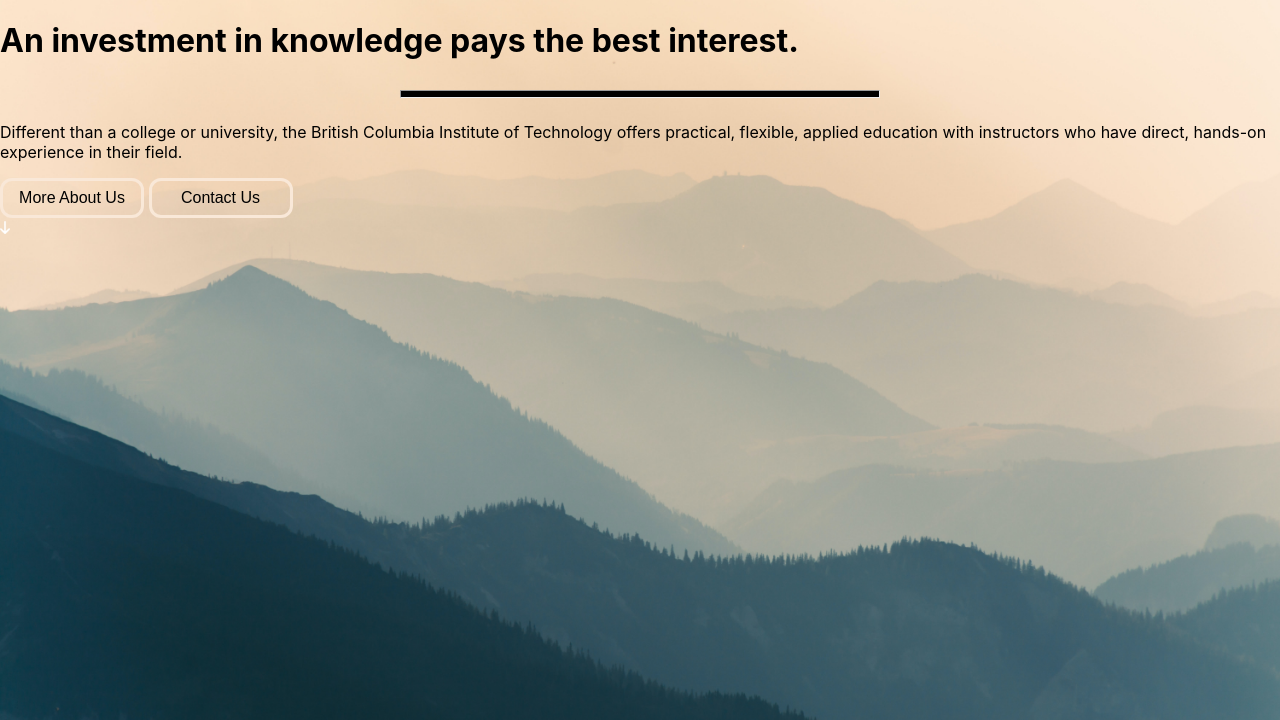
Repository: SaraShio/A01314209_Sara_Shiojima
Page: /
An editor plug-in stored every save of this project. The page is shown before and after the next save, followed by the edit.
The browser window is 1280 px wide. The pictures show the whole page.
The project was rebuilt for these pictures with package versions that can differ from the ones it lists, and the page was loaded fresh each time. The framework's server and built-in components were replaced by stand-ins that run in the browser. Also part of the build but not shown: next.config.js.

Above is the page before, as saved 2023-02-07 22:43:29.

### pages/index.js
import Head from 'next/head'
import Image from 'next/image'
import styles from '../styles/Home.module.css'
import Link from 'next/link'
import Arrow from '../components/Arrow'

export default function Home() {
  return (
    <>
      <Head>
        <title>Home</title>
        <meta name="author" content="MDIA 2109" />
        <meta property="og:title" content="Assignment #1 - Home Page" />
        <meta property="og:description" content="BCIT Digital Design and Development Diploma" />
        <link rel="icon" href='/favicon.png' />
      </Head>

      <main className={styles.main}>
        <div className={styles.content}>
          <header>
            <h1>An investment in knowledge pays the best interest.</h1>
          </header>
          <hr className={styles.line}></hr>
          <p>Different than a college or university, the British Columbia Institute of Technology offers practical, flexible, applied education with instructors who have direct, hands-on experience in their field.</p>
          <div>
            <a href='/about'> <button className={styles.button}>More About Us</button></a>

            <a href='/contact'> <button className={styles.button}>Contact Us</button></a>
          </div>
        </div>
        <Arrow page="Home" />
      </main>
    </>
  )
}

### styles/globals.css
:root{
  --beige:#f9e8d8;
  --black: #000000;
  }


html,
body {
  padding: 0;
  margin: 0;
  font-family: -apple-system, BlinkMacSystemFont, Segoe UI, Roboto, Oxygen,
    Ubuntu, Cantarell, Fira Sans, Droid Sans, Helvetica Neue, sans-serif;
}

a {
  color: inherit;
  text-decoration: none;
}

* {
  box-sizing: border-box;
}

@media (prefers-color-scheme: dark) {
  html {
    color-scheme: dark;
  }
  body {
    color: white;
    background: black;
  }
}

### styles/Home.module.css

.main{
background-image: url(../public/background-images/backgroundMountain.jpg);
height: 100vh;
width: 100vw;
 background-size: cover;
  background-repeat:no-repeat;
  background-position:center;
}



.content{
    display: flex;
    flex-direction: column;
    justify-content: center;
    align-items: left;
}

.button{
background-color: transparent;
border: 0.2rem solid var(--beige);
height: 2.5rem;
width: 9rem;
font-size: 1rem;
border-radius: 0.75rem;
}

.line{
    width: 30rem;
    height: 0.5rem;
    background-color: black;
}

### components/Arrow/index.js
import styles from './Arrow.module.css'

export default function Arrow({
    page = "home",
}) {
    return (

        page.toLowerCase() === "home" ?
            <div className={styles.arrow}><a><span><img src={'public/icons/downwardArrow.png'} /></span></a>
            </div> :
            page.toLowerCase() === "about" ?
                <div className={styles.arrow}><a><span><img src={'public/icons/upwardArrow.png'} /></span></a>
                    <a><span><img src={'public/icons/downwardArrow.png'} /></span></a>
                </div> :
                page.toLowerCase() === "contact" ?
                    <div className={styles.arrow}><a href="/about"><span><img src={'public/icons/upwardArrow.png'} /></span></a>
                    </div> :
                    <div className={styles.arrow}><a href="/"><span><img src={'public/icons/downwardArrow.png'} /></span></a>
                    </div>
    )
}

### components/Arrow/Arrow.module.css
.arrow{
    color: pink;
    bottom:20px;
}


.arrow > a > span > img{
    width: 10px;
}

Loaded but not shown: pages/_app.js (common file)

After the next save:
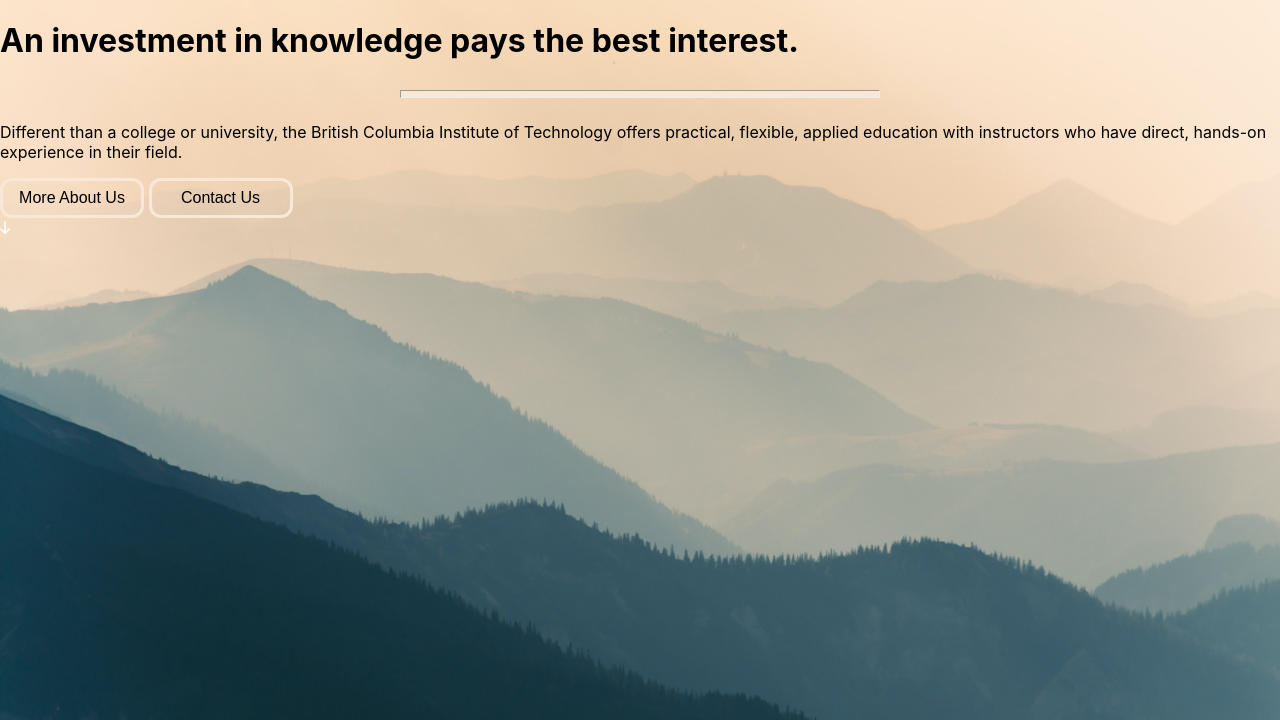
Saved 7 s later.
--- a/styles/Home.module.css
+++ b/styles/Home.module.css
@@ -29,5 +29,5 @@ border-radius: 0.75rem;
 .line{
     width: 30rem;
     height: 0.5rem;
-    background-color: black;
+    background-color: var(--beige);
 }
